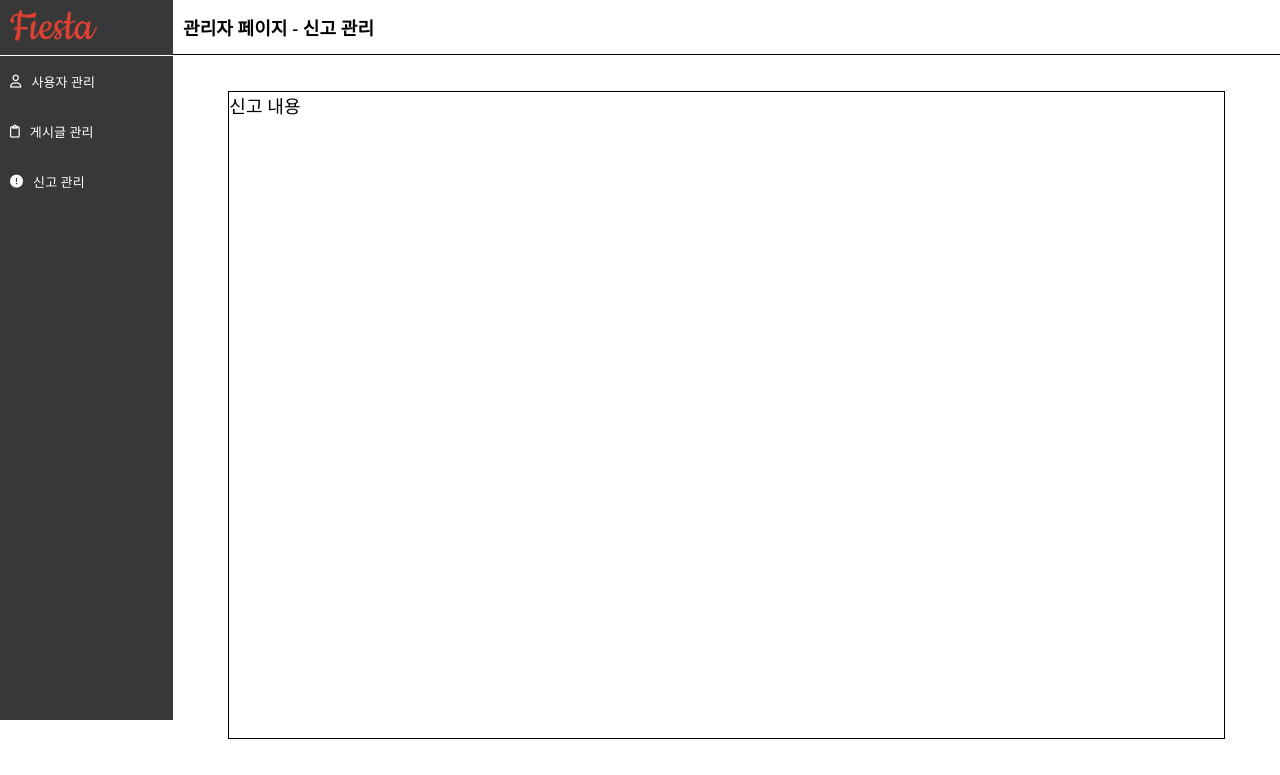
Repository: SNSFiestaTeam/Fiesta
Page: Fiesta/src/main/webapp/html/management/management-report.html
These files come from the project's save history. The page is drawn as it stood at one moment and after the next save; the edit follows.
The browser window is 1280 px wide. The pictures show the whole page.
An inner scrolling area shows only its first screen. Some web fonts or font styles are not loaded; a fallback is used. Some web libraries are served in a nearby version.

Above is the page before, as saved 2022-12-06 12:11:29.

After the next save:
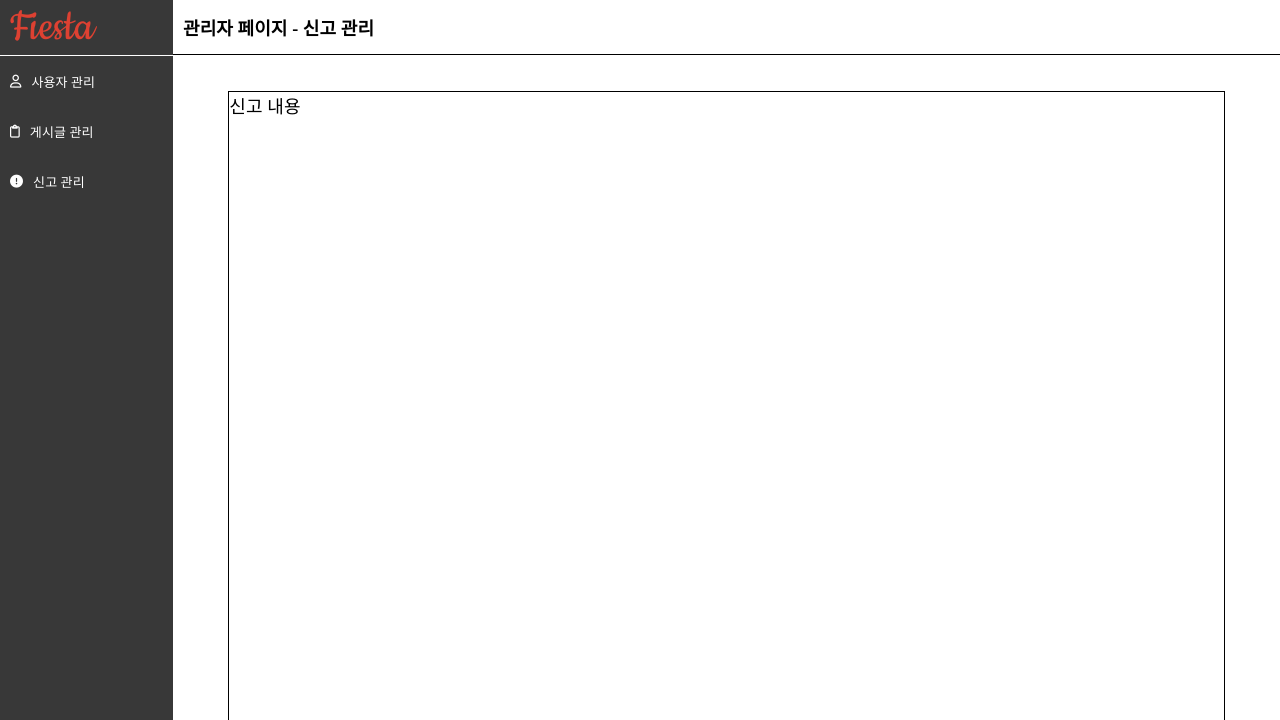
Saved 27 s later.
--- a/Fiesta/src/main/webapp/resources/css/management/management.css
+++ b/Fiesta/src/main/webapp/resources/css/management/management.css
@@ -66,6 +66,8 @@
 
 .management-container {
   width: 100%;
+
+  overflow-y: scroll;
 }
 
 /* 관리자 페이지 타이틀 */

After the save that followed:
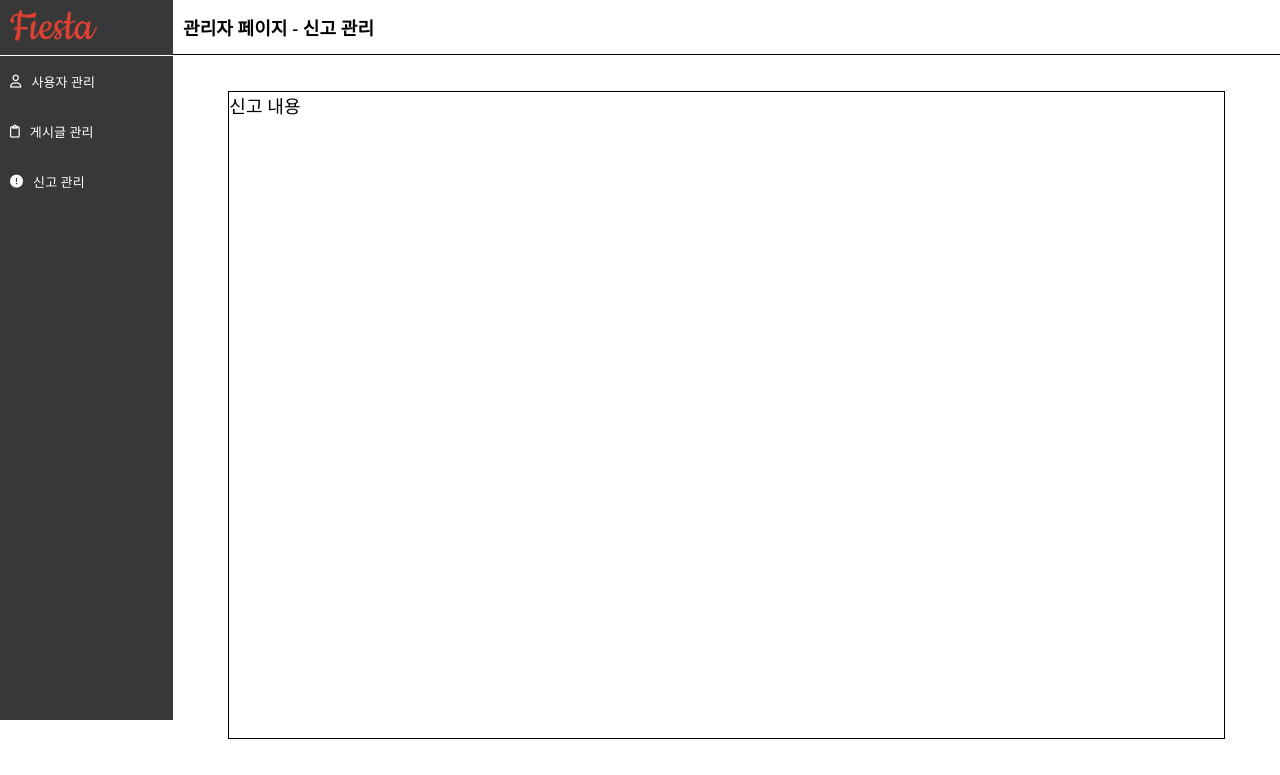
Saved 15 s later.
--- a/Fiesta/src/main/webapp/resources/css/management/management.css
+++ b/Fiesta/src/main/webapp/resources/css/management/management.css
@@ -67,7 +67,6 @@
 .management-container {
   width: 100%;
 
-  overflow-y: scroll;
 }
 
 /* 관리자 페이지 타이틀 */
@@ -89,6 +88,7 @@
   display: flex;
   justify-content: center;
   align-items: center;
+  overflow-y: scroll;
 }
 
 .report-container {
